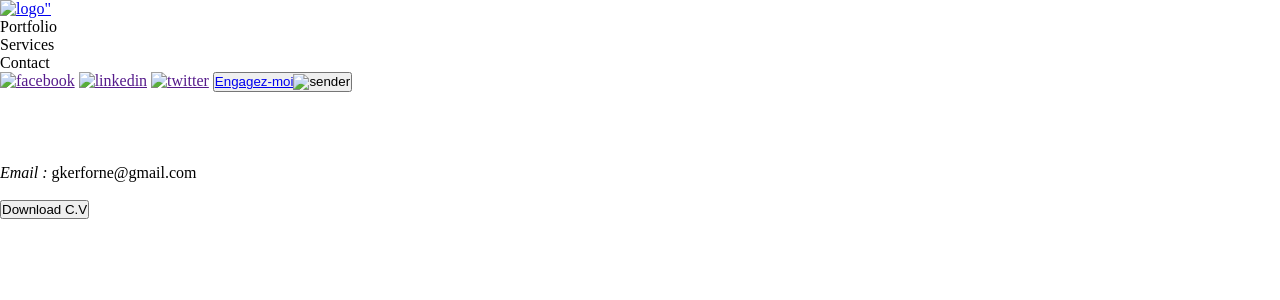
Repository: helfina/my_SiteWeb_gaelle-kfe
Page: index.html
The author's editor kept a copy of each file at every save. The page is drawn from the files as they stood at one save, then again after the next save.
The browser window is 1280 px wide. The pictures show the whole page.

Above is the page before, as saved 2020-11-08 11:28:49.

### index.html
<!DOCTYPE html>
<html lang="en">
<head>
    <meta charset="UTF-8">
    <meta name="viewport" content="width=device-width, initial-scale=1.0">
    <link rel="stylesheet" href="assets/css/style.css">

    <title>Gaëlle Kerforne étudiante Freelances</title>


</head>
<body>
    <!-------------------------------------------------------------
                                HEADER
    -------------------------------------------------------------->
    <header>
        <nav>
            <a href="index.html"><img src="" alt=logo"></a>
            <ul>
                <li><a href=""></a>Portfolio</li>
                <li><a href=""></a>Services</li>
                <li><a href=""></a>Contact</li>
            </ul>
            <a href=""><img src="" alt="facebook"></a>
            <a href=""><img src="" alt="linkedin"></a>
            <a href=""><img src="" alt="twitter"></a>

            <button><a href="mailto:gkerforne@gmail.com">Engagez-moi</a><img src="" alt="sender"></button>

        </nav>
    </header>
    <main>
        <section>
            <h1></h1>
            <h2></h2>
            <img src="" alt="">
            <ul>
                <li></li>
                <li></li>
                <li></li>
                <li><a href="mailto:gkerforne@gmail.com"></a><em>Email : </em> gkerforne@gmail.com</li>
                <li><a href="tel:0786598911"></a><em></em></li>
            </ul>
            <button><a href="" download=""></a>Download C.V</button>
        </section>
        <section>
            <h3></h3>
            <h3></h3>
            <div>
                <article>

                </article>
            </div>
            <div>
                <article>

                </article>
            </div>
        </section>
    </main>
</body>
</html>

### assets/css/style.css
/*
                    RESET CSS
*/
* {
  margin: 0;
  padding: 0;
  outline: 0;
  box-sizing: border-box;
}

body {
 background: ;
 color: ;
 -webkit-font-smoothing: antialiased;
}

body, input, button {
 font-size: ;
 font-family: ;
}

button {
 cursor: pointer;
}
/*
                   Index
*/

After the next save:
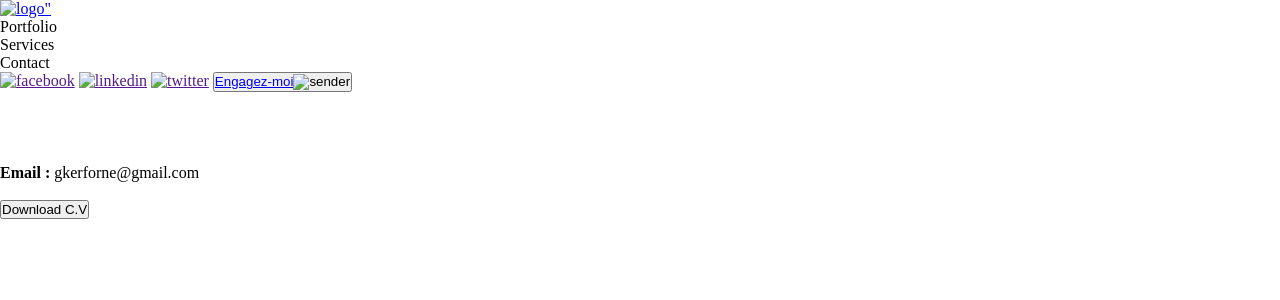
Saved 8 s later.
--- a/index.html
+++ b/index.html
@@ -38,7 +38,7 @@
                 <li></li>
                 <li></li>
                 <li></li>
-                <li><a href="mailto:gkerforne@gmail.com"></a><em>Email : </em> gkerforne@gmail.com</li>
+                <li><a href="mailto:gkerforne@gmail.com"></a><strong>Email : </strong> gkerforne@gmail.com</li>
                 <li><a href="tel:0786598911"></a><em></em></li>
             </ul>
             <button><a href="" download=""></a>Download C.V</button>
